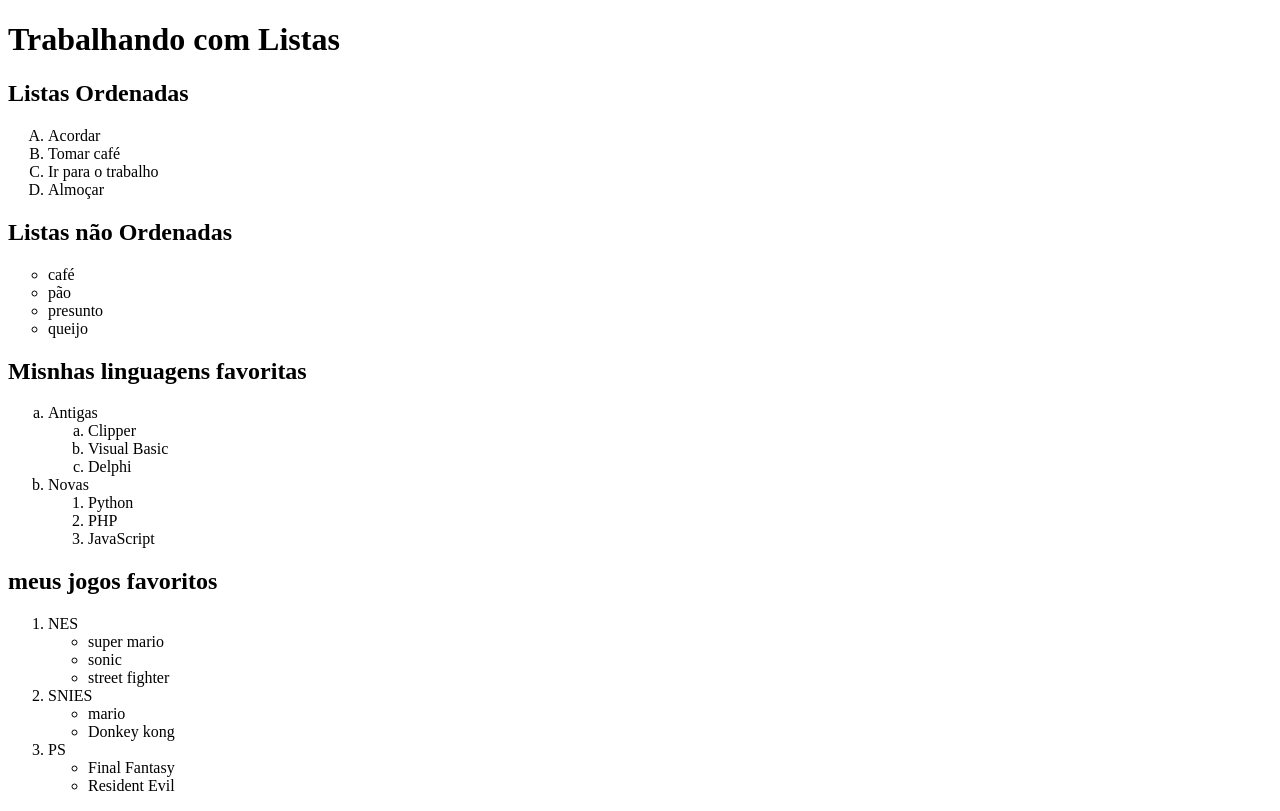
Repository: Iamjordana/html-css
Page: Html Css/Exercicios/ex009/index.html
The author's editor kept a copy of each file at every save. The page is drawn from the files as they stood at one save, then again after the next save.
The browser window is 1280 px wide. The pictures show the whole page.

Above is the page before, as saved 2025-01-08 18:52:16.

After the next save:
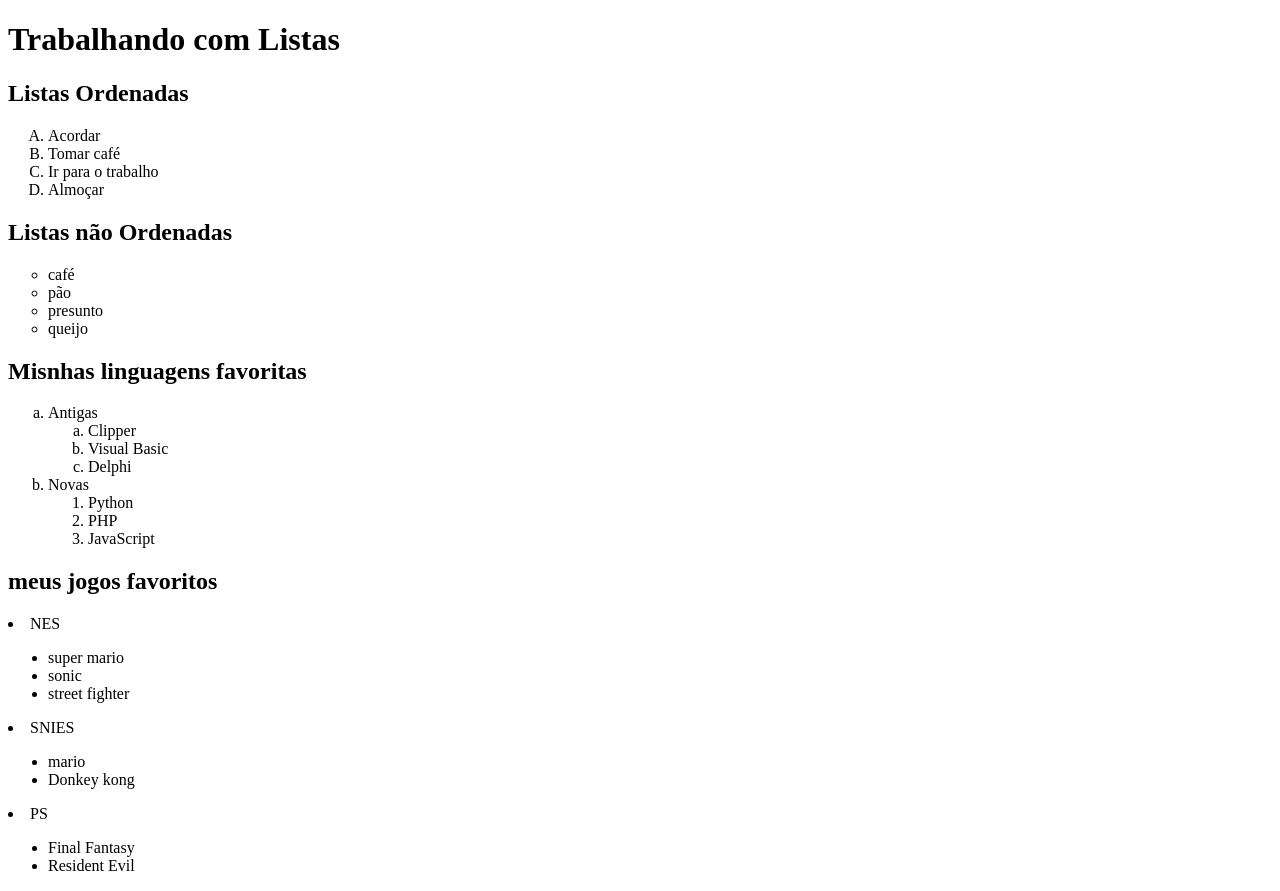
Saved 6 s later.
--- a/Html Css/Exercicios/ex009/index.html
+++ b/Html Css/Exercicios/ex009/index.html
@@ -39,8 +39,7 @@
     </ol>
 </ol>
 <h2>meus jogos favoritos</h2>
-<ol>
-
+<ol></ol>
     <li>NES</li>
     <ul>
         <li>super mario</li>

After the 3 saves that followed:
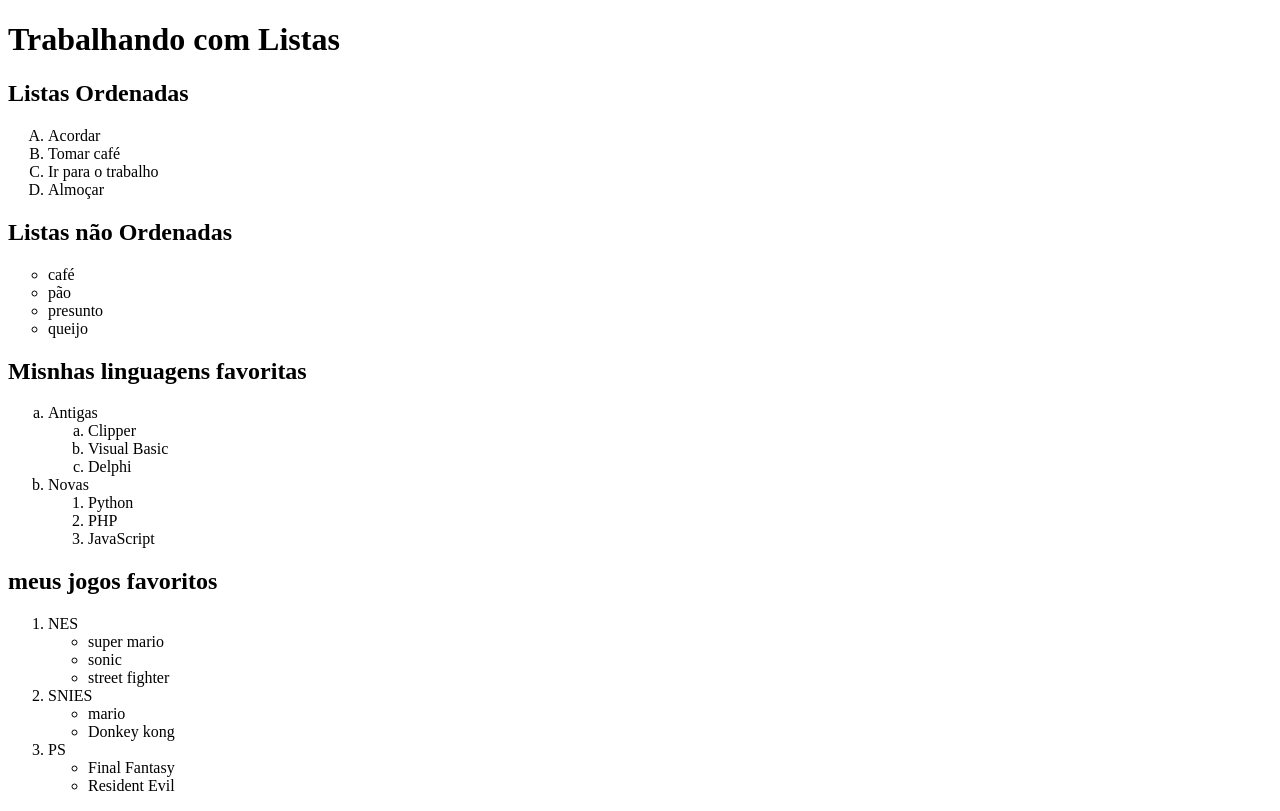
The 3 saves are shown as one change because they came seconds apart.
The last was saved 9 s later.
--- a/Html Css/Exercicios/ex009/index.html
+++ b/Html Css/Exercicios/ex009/index.html
@@ -39,7 +39,7 @@
     </ol>
 </ol>
 <h2>meus jogos favoritos</h2>
-<ol></ol>
+<ol>
     <li>NES</li>
     <ul>
         <li>super mario</li>
@@ -56,5 +56,6 @@
         <li>Final Fantasy</li>
         <li>Resident Evil</li>
     </ul>
+</ol>
 </body>
 </html>
